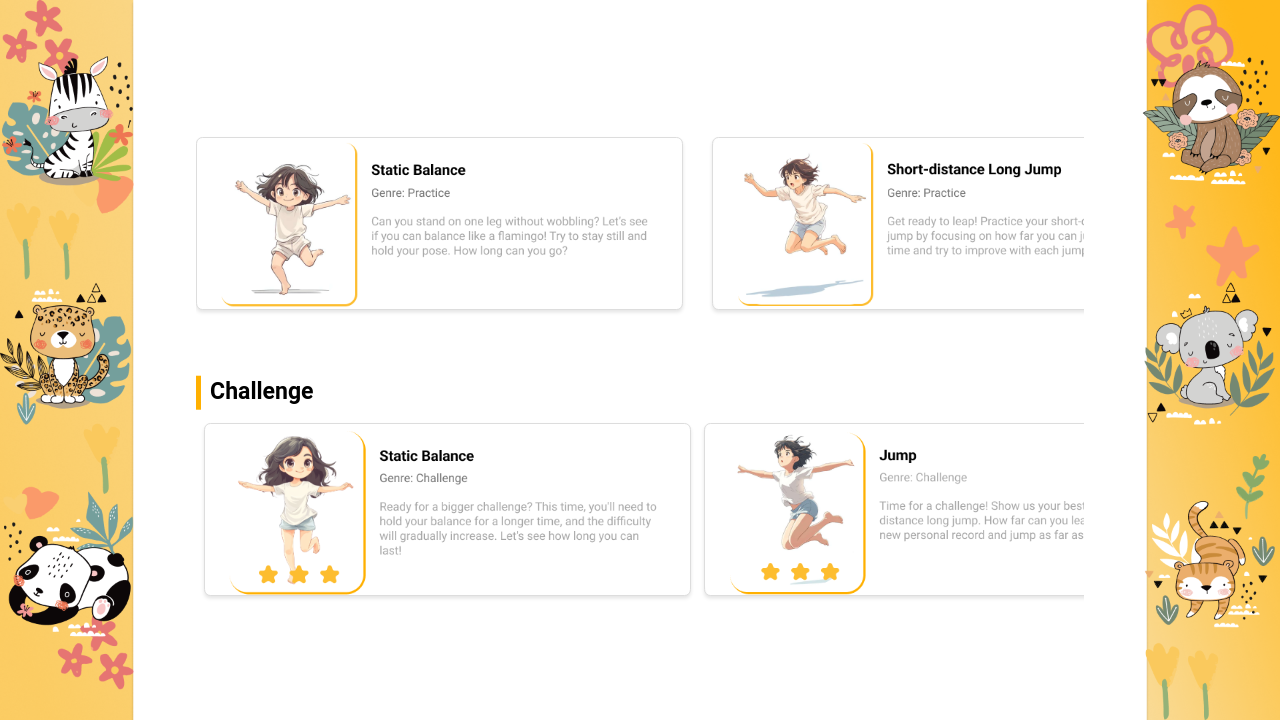
Repository: Jayhawk2000/AR_Game_DCD_Children
Page: homepage.html
The author's editor kept a copy of each file at every save. The page is drawn from the files as they stood at one save, then again after the next save.
The browser window is 1280 px wide. The pictures show the whole page.

Above is the page before, as saved 2024-10-16 13:12:06.

After the next save:
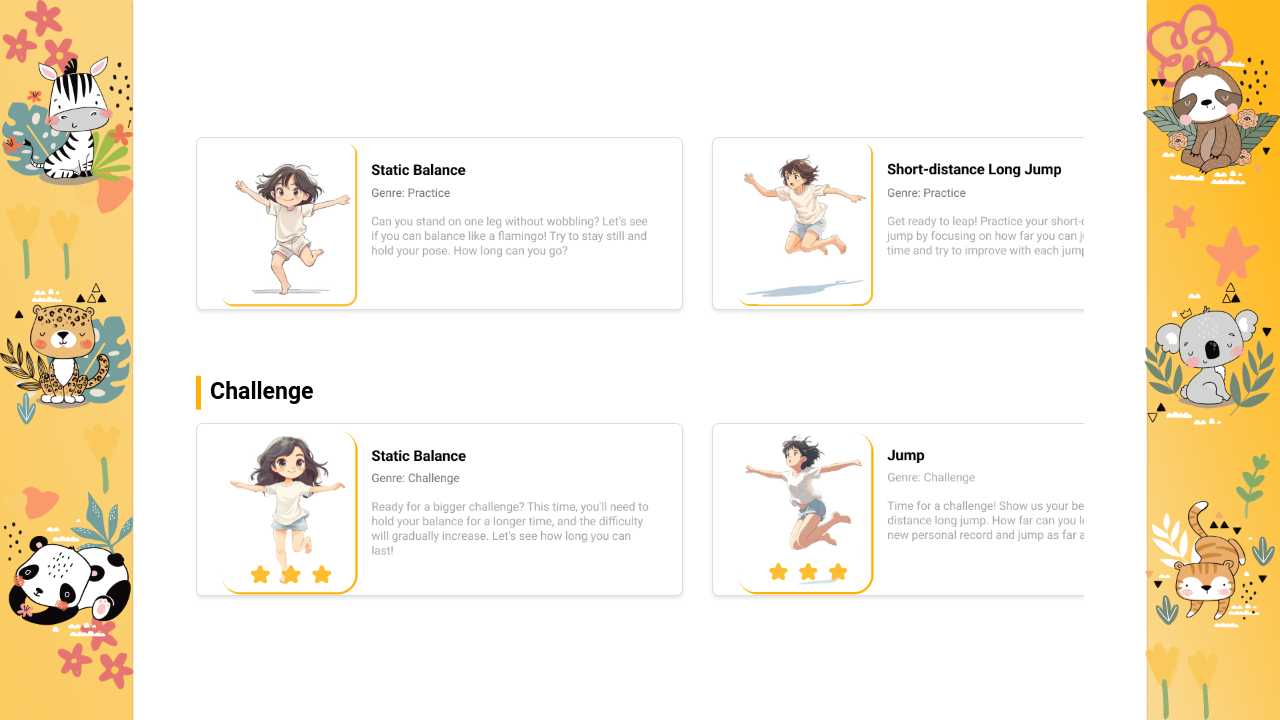
Saved 9 s later.
--- a/homepage.html
+++ b/homepage.html
@@ -154,10 +154,25 @@
         </div>
         <div class="section">
             <div class="title"><b>Challenge</b></div>
-            <div class="card-slider">
-                <a href="cha_bal.html" class="card" style="background-image: url('img/balance_challenge.png');"></a>
-                <a href="cha_jump.html" class="card" style="background-image: url('img/jump_challenge.png');"></a>
-                <a href="cha_throw.html" class="card" style="background-image: url('img/throw_challenge.png');"></a>
+            <div class="card-slider overflow-x-auto snap-x snap-mandatory flex space-x-4 p-4">
+                <a href="cha_bal.html" class="card flex-none w-96 h-64 bg-cover bg-center rounded-lg shadow-md hover:shadow-xl transition-shadow duration-300 relative overflow-hidden group" style="background-image: url('img/balance_challenge.png');">
+                    <div class="absolute inset-0 bg-black bg-opacity-50 opacity-0 group-hover:opacity-100 transition-opacity duration-300 flex flex-col justify-end p-4">
+                        <h3 class="text-white text-xl font-bold">Balance Challenge</h3>
+                        <p class="text-white text-sm">Test your balance skills</p>
+                    </div>
+                </a>
+                <a href="cha_jump.html" class="card flex-none w-96 h-64 bg-cover bg-center rounded-lg shadow-md hover:shadow-xl transition-shadow duration-300 relative overflow-hidden group" style="background-image: url('img/jump_challenge.png');">
+                    <div class="absolute inset-0 bg-black bg-opacity-50 opacity-0 group-hover:opacity-100 transition-opacity duration-300 flex flex-col justify-end p-4">
+                        <h3 class="text-white text-xl font-bold">Jump Challenge</h3>
+                        <p class="text-white text-sm">Push your jumping limits</p>
+                    </div>
+                </a>
+                <a href="cha_throw.html" class="card flex-none w-96 h-64 bg-cover bg-center rounded-lg shadow-md hover:shadow-xl transition-shadow duration-300 relative overflow-hidden group" style="background-image: url('img/throw_challenge.png');">
+                    <div class="absolute inset-0 bg-black bg-opacity-50 opacity-0 group-hover:opacity-100 transition-opacity duration-300 flex flex-col justify-end p-4">
+                        <h3 class="text-white text-xl font-bold">Throw Challenge</h3>
+                        <p class="text-white text-sm">Challenge your throwing accuracy</p>
+                    </div>
+                </a>
             </div>
         </div>
     </div>
